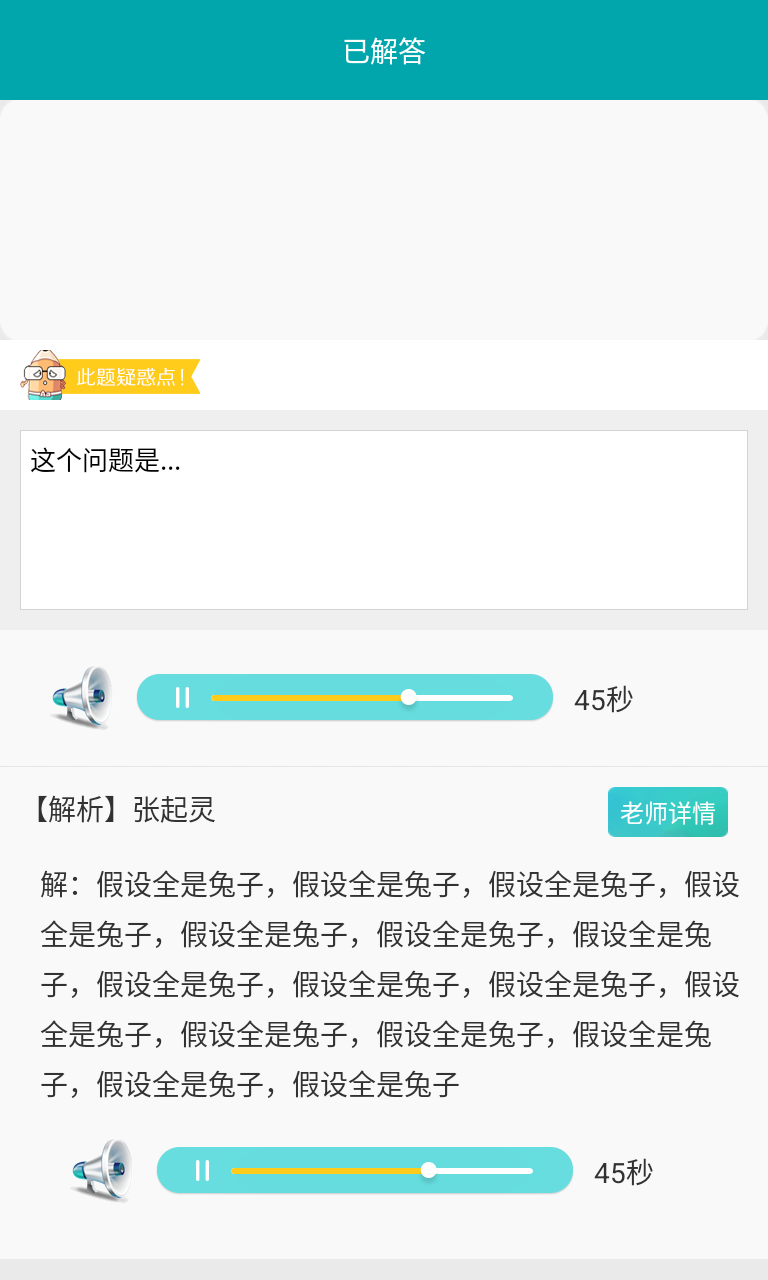
Repository: 2015-Forever/JWD
Layout: Jwd/res/layout/activity_answer.xml
The author's editor kept a copy of each file at every save. The layout is drawn from the files as they stood at one save, then again after the next save.
It is drawn on a 768 x 1280 px phone screen (xhdpi) without system bars, with theme AppTheme; the app's code is not run. Lists and similar views that code fills are empty.

Above is the layout before, as saved 2015-07-16 06:41:30.

After the next save:
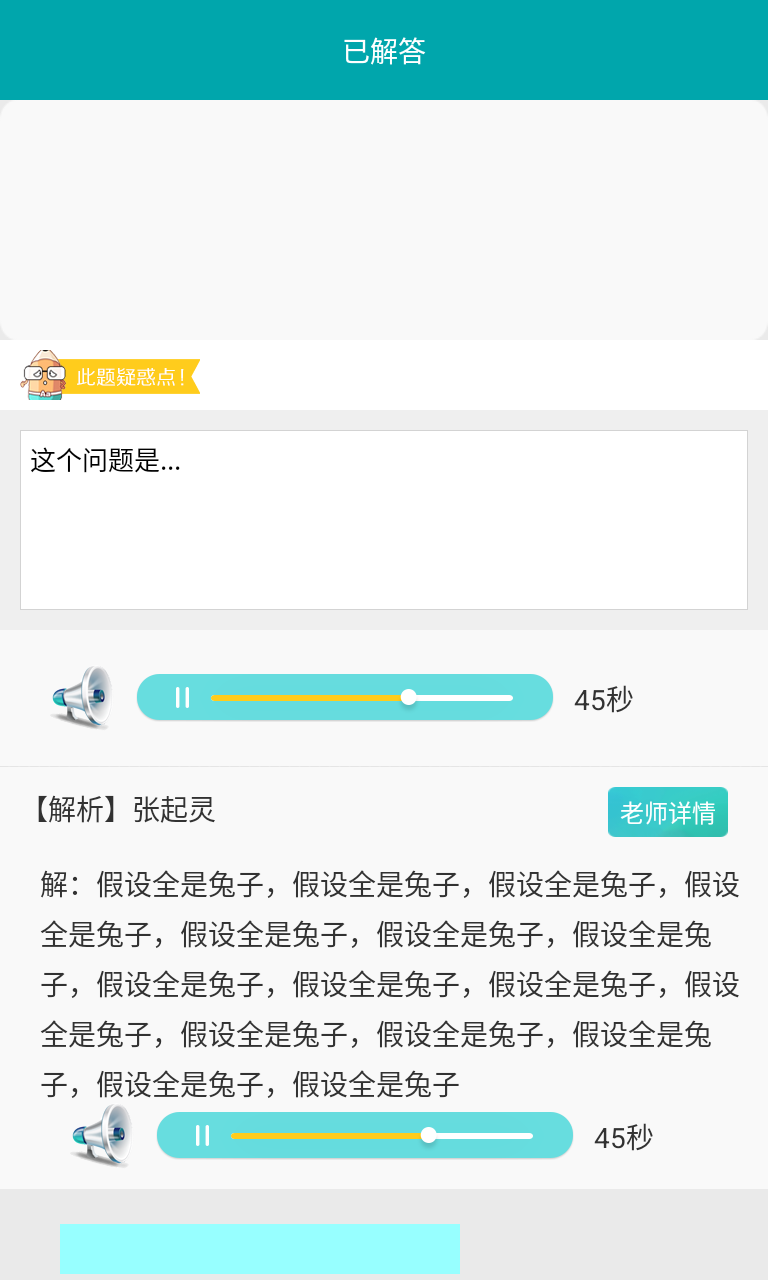
Saved 38 s later.
--- a/Jwd/res/layout/activity_answer.xml
+++ b/Jwd/res/layout/activity_answer.xml
@@ -131,7 +131,7 @@
             <LinearLayout
                 android:layout_below="@id/answer_tv"
                 android:layout_width="match_parent"
-                android:layout_height="68dp"
+                android:layout_height="wrap_content"
                 android:background="#F9F9F9"
                 android:gravity="center_vertical"
                 android:orientation="horizontal" >
